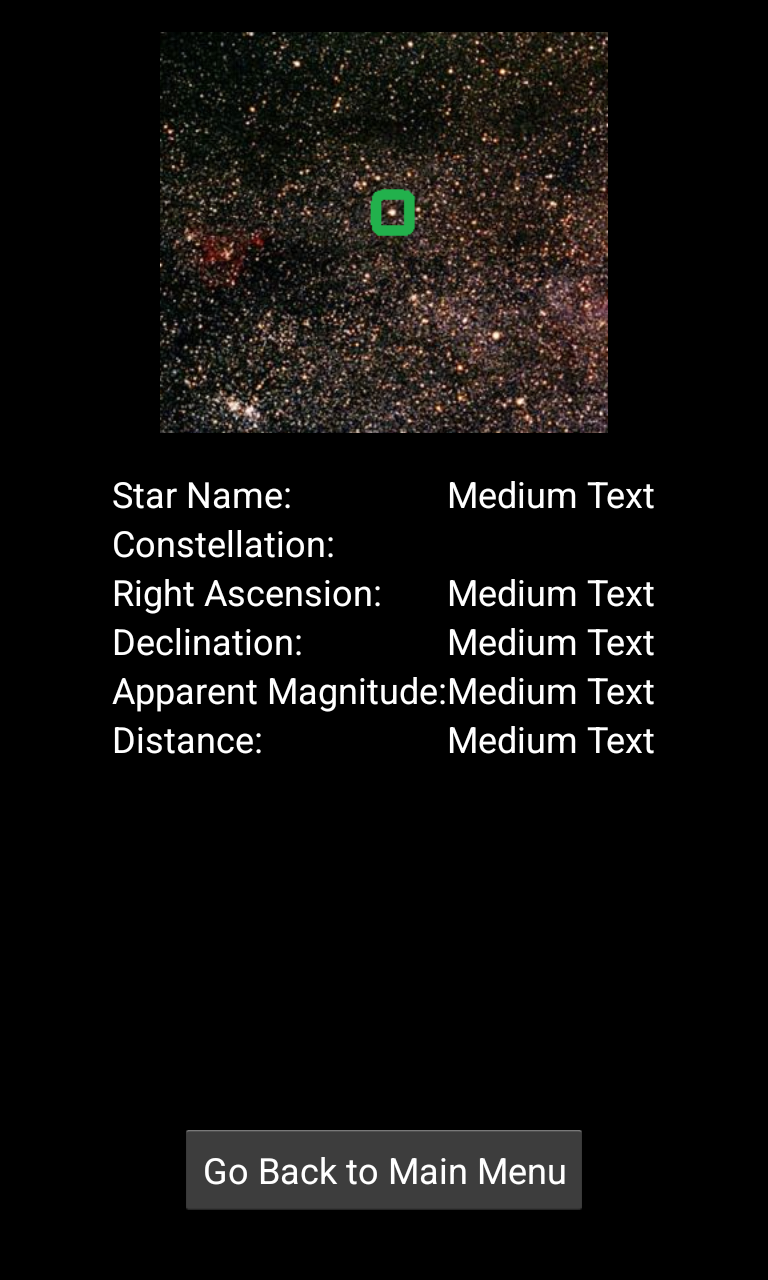
Repository: MoffMade/CSCE315-Android-App
Layout: Constellation Explorer Eclipse Project/Constellation Explorer/res/layout/activity_star_data.xml
The author's editor kept a copy of each file at every save. The layout is drawn from the files as they stood at one save, then again after the next save.
It is drawn on a 768 x 1280 px phone screen (xhdpi) without system bars, with theme AppTheme; the app's code is not run.

Above is the layout before, as saved 2013-11-12 03:46:50.

After the next save:
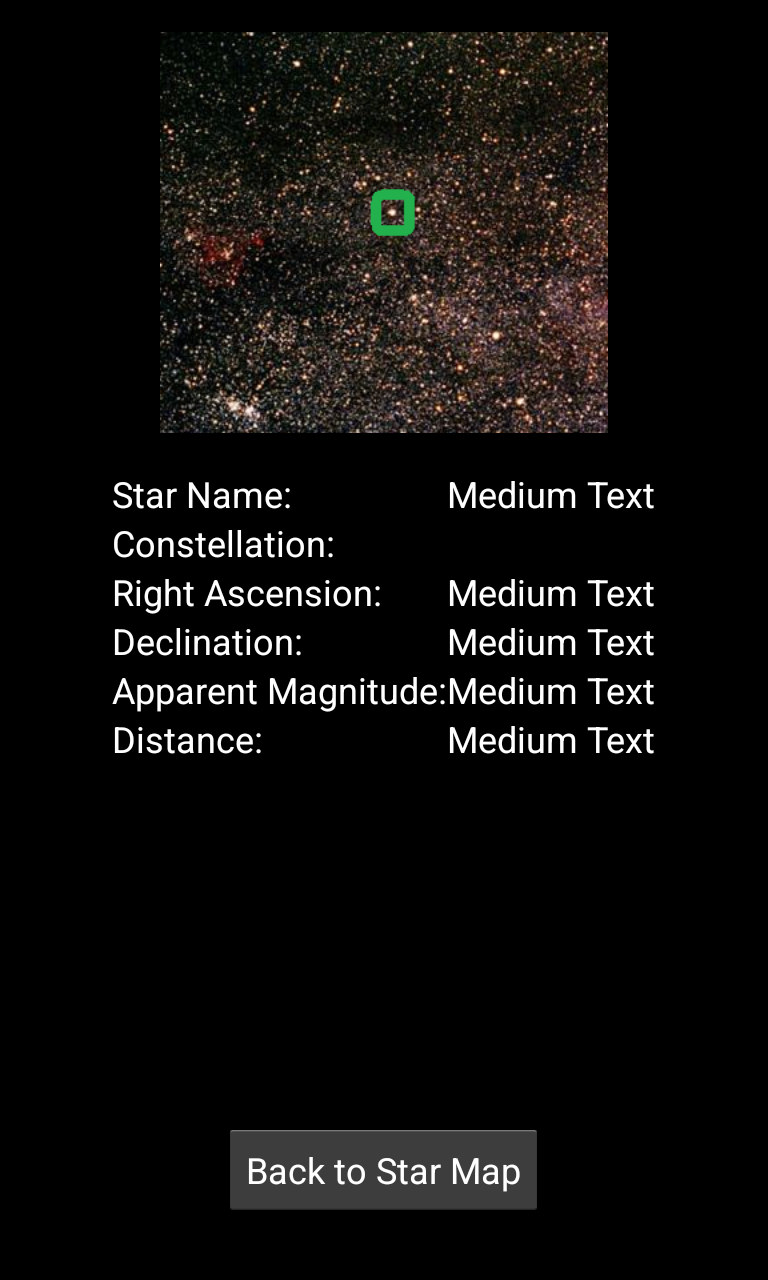
Saved 1 s later.
--- a/Constellation Explorer Eclipse Project/Constellation Explorer/res/layout/activity_star_data.xml
+++ b/Constellation Explorer Eclipse Project/Constellation Explorer/res/layout/activity_star_data.xml
@@ -172,7 +172,7 @@
         android:layout_alignParentBottom="true"
         android:layout_centerHorizontal="true"
         android:layout_marginBottom="15dp"
-        android:text="@string/load_game_back"
+        android:text="@string/back_to_star_map"
         android:textColor="@color/main_menu_text_color" />
 
 </RelativeLayout>
